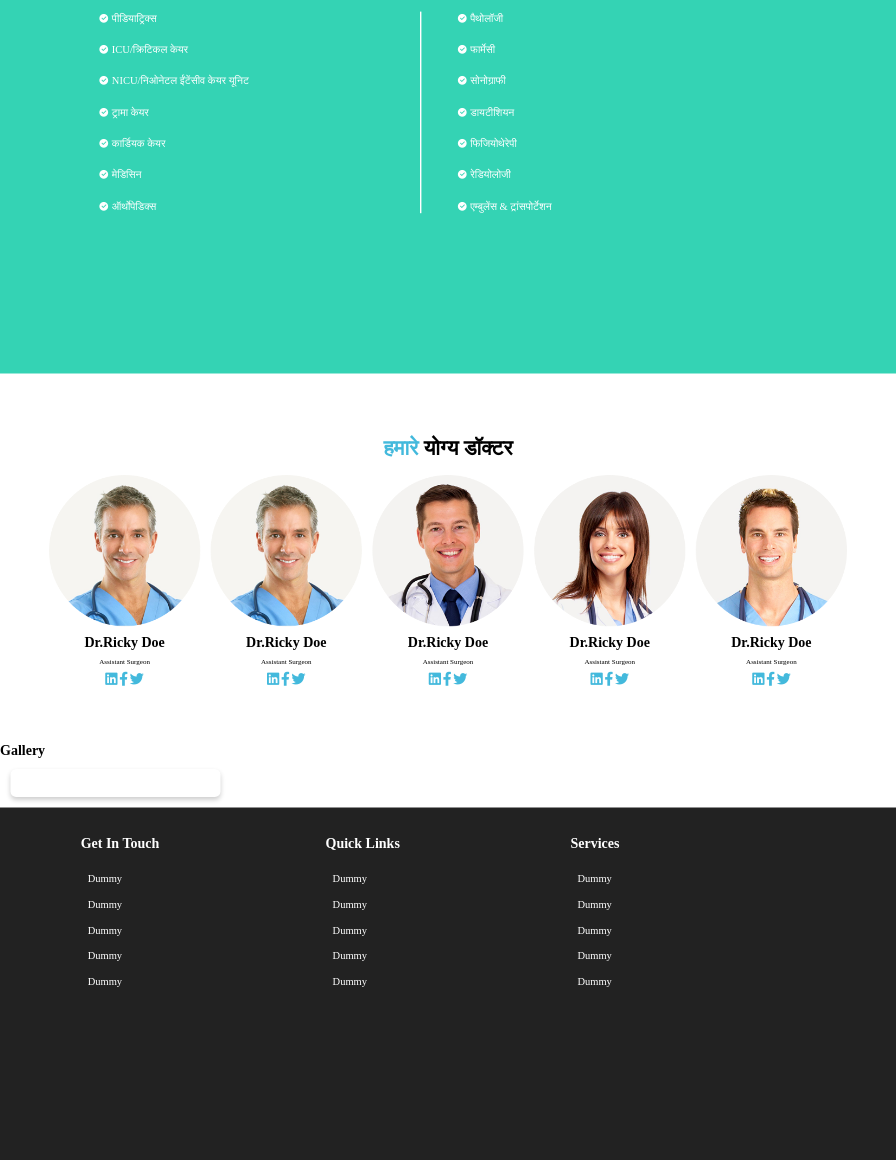
Repository: Aayush919/test
Page: index.html
An editor plug-in stored every save of this project. The page is shown before and after a run of saves, followed by the edit.
The browser window is 1280 px wide. The pictures show the part of the page from y = 2461 to 4381 px (the page is 4119 px tall before and 4381 px after), at 70% of full size.
Some web libraries are served in a nearby version.

Above is the page before, as saved 2023-10-15 12:55:19.
Console error: TypeError: Cannot read properties of null (reading 'addEventListener')

After the next 5 saves:
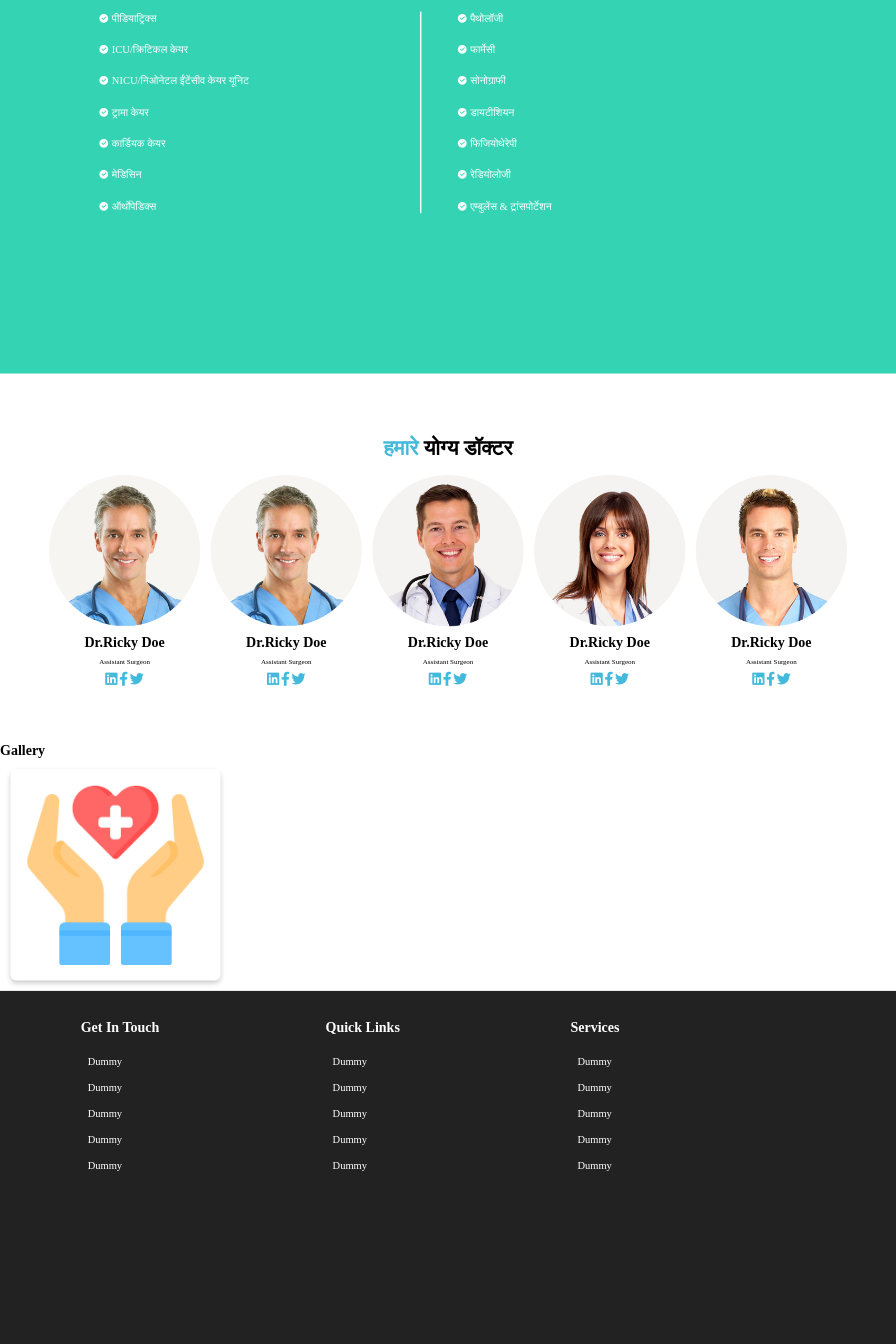
The 5 saves are shown as one change because they came seconds apart.
The last was saved 11 s later.
--- a/index.html
+++ b/index.html
@@ -206,7 +206,7 @@
           <div class="product-list" id="productList">
             <!-- Product 1 -->
             <div class="product-card">
-
+              <img src="./images/cardiac.png" alt="">
             </div>
 
 
